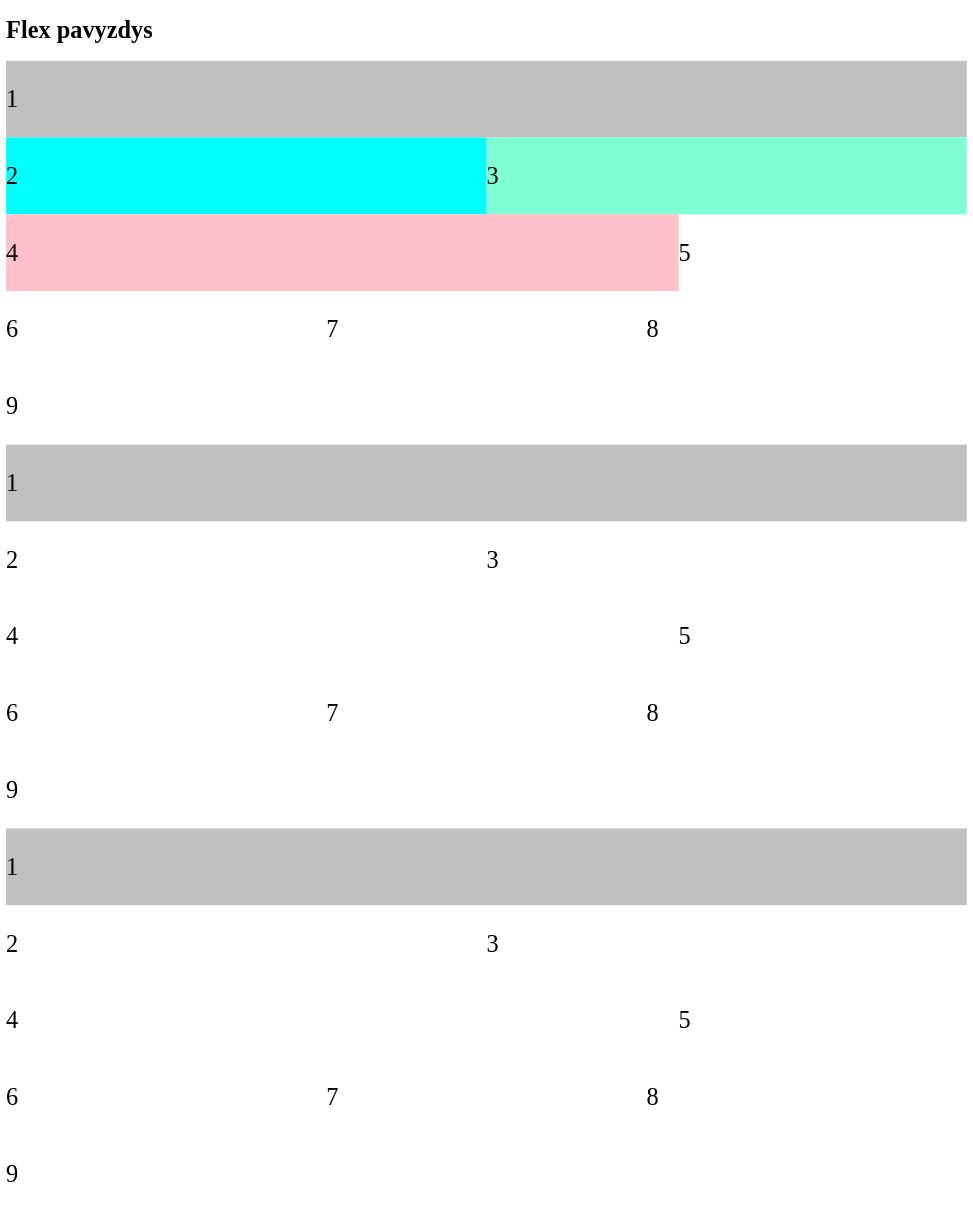
Repository: motiejus1/06-paskaita-invest
Page: index.html
The author's editor kept a copy of each file at every save. The page is drawn from the files as they stood at one save, then again after a run of saves.
The browser window is 1280 px wide. The pictures show the whole page, at 76% of full size.

Above is the page before, as saved 2021-06-09 18:41:10.

After the next 2 saves:
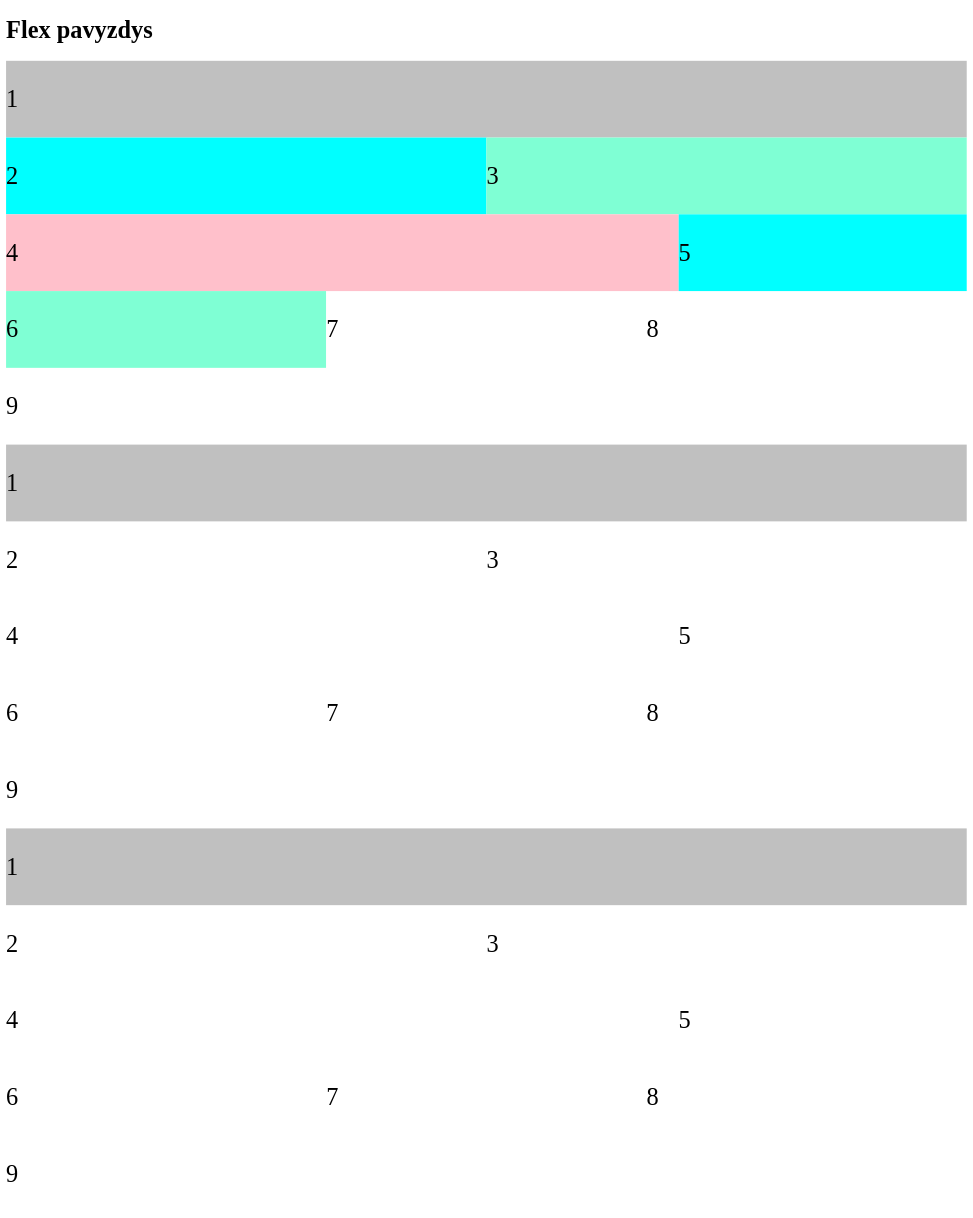
The 2 saves are shown as one change because they came seconds apart.
The last was saved 7 s later.
--- a/index.html
+++ b/index.html
@@ -59,8 +59,8 @@
             <div class="flex-item-2 zydra"><p>2</p></div>
             <div class="flex-item-3 zalsva"><p>3</p></div>
             <div class="flex-item-4 rozine"><p>4</p></div>
-            <div class="flex-item-5"><p>5</p></div>
-            <div class="flex-item-6"><p>6</p></div>
+            <div class="flex-item-5 zydra"><p>5</p></div>
+            <div class="flex-item-6 zalsva"><p>6</p></div>
             <div class="flex-item-7"><p>7</p></div>
             <div class="flex-item-8"><p>8</p></div>
             <div class="flex-item-9"><p>9</p></div>
